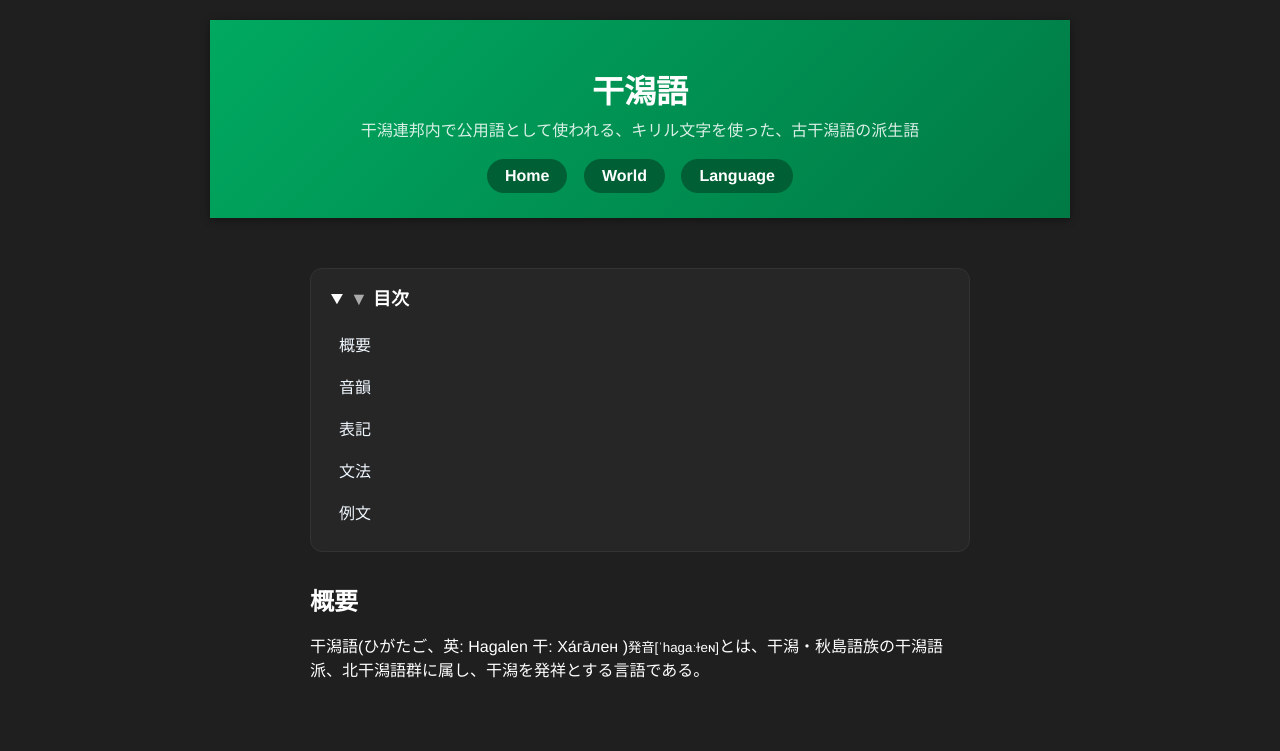
Repository: Player5270-antake/Player5270-antake.github.io
Page: language/hagalen/index.html
These files come from the project's save history. The page is drawn as it stood at one moment and after the next save; the edit follows.
The browser window is 1280 px wide. The pictures show the whole page.

Above is the page before, as saved 2026-03-08 14:22:14.

After the next save:
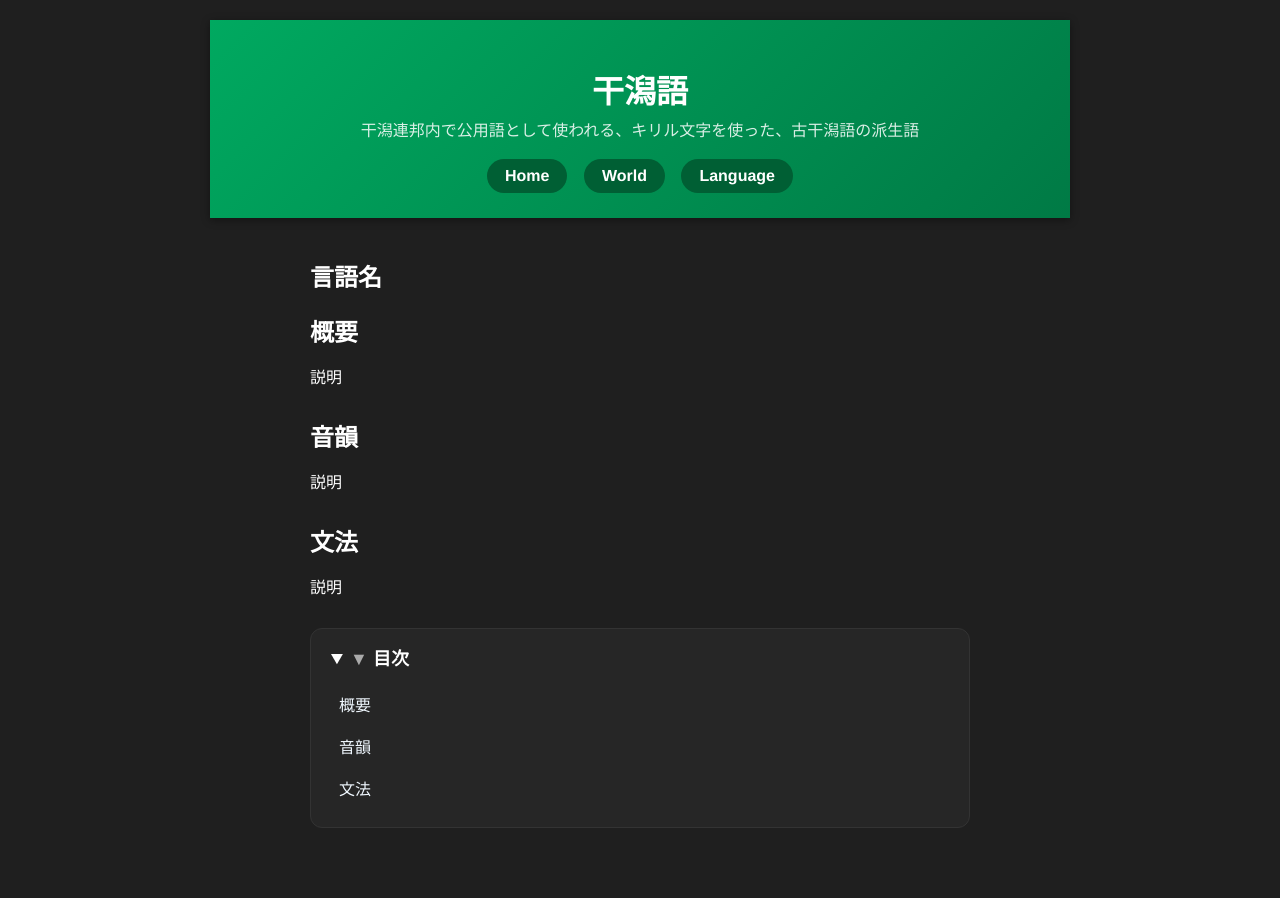
Saved 118 s later.
--- a/language/hagalen/index.html
+++ b/language/hagalen/index.html
@@ -18,22 +18,39 @@
             </nav>
         </header>
         <main>
-            <details class="toc" open>
+            <div class="page-layout">
+
+                <article class="article">
+                <h1>言語名</h1>
+
+                <section id="overview">
+                <h2>概要</h2>
+                <p>説明</p>
+                </section>
+
+                <section id="phonology">
+                <h2>音韻</h2>
+                <p>説明</p>
+                </section>
+
+                <section id="grammar">
+                <h2>文法</h2>
+                <p>説明</p>
+                </section>
+
+                </article>
+
+
+                <details class="toc" open>
                 <summary>目次</summary>
-
                 <ul>
                 <li><a href="#overview">概要</a></li>
                 <li><a href="#phonology">音韻</a></li>
-                <li><a href="#writing">表記</a></li>
                 <li><a href="#grammar">文法</a></li>
-                <li><a href="#examples">例文</a></li>
                 </ul>
+                </details>
 
-                </details>
-            <section class="overview">
-                <h2>概要</h2>
-                <p>干潟語(ひがたご、英: Hagalen 干: Ха́га̄лен )<small>発音[ˈhaɡaːɫeɴ]</small>とは、干潟・秋島語族の干潟語派、北干潟語群に属し、干潟を発祥とする言語である。</p>
-            </section>
+                </div>
         </main>
     </div>
 </body>
